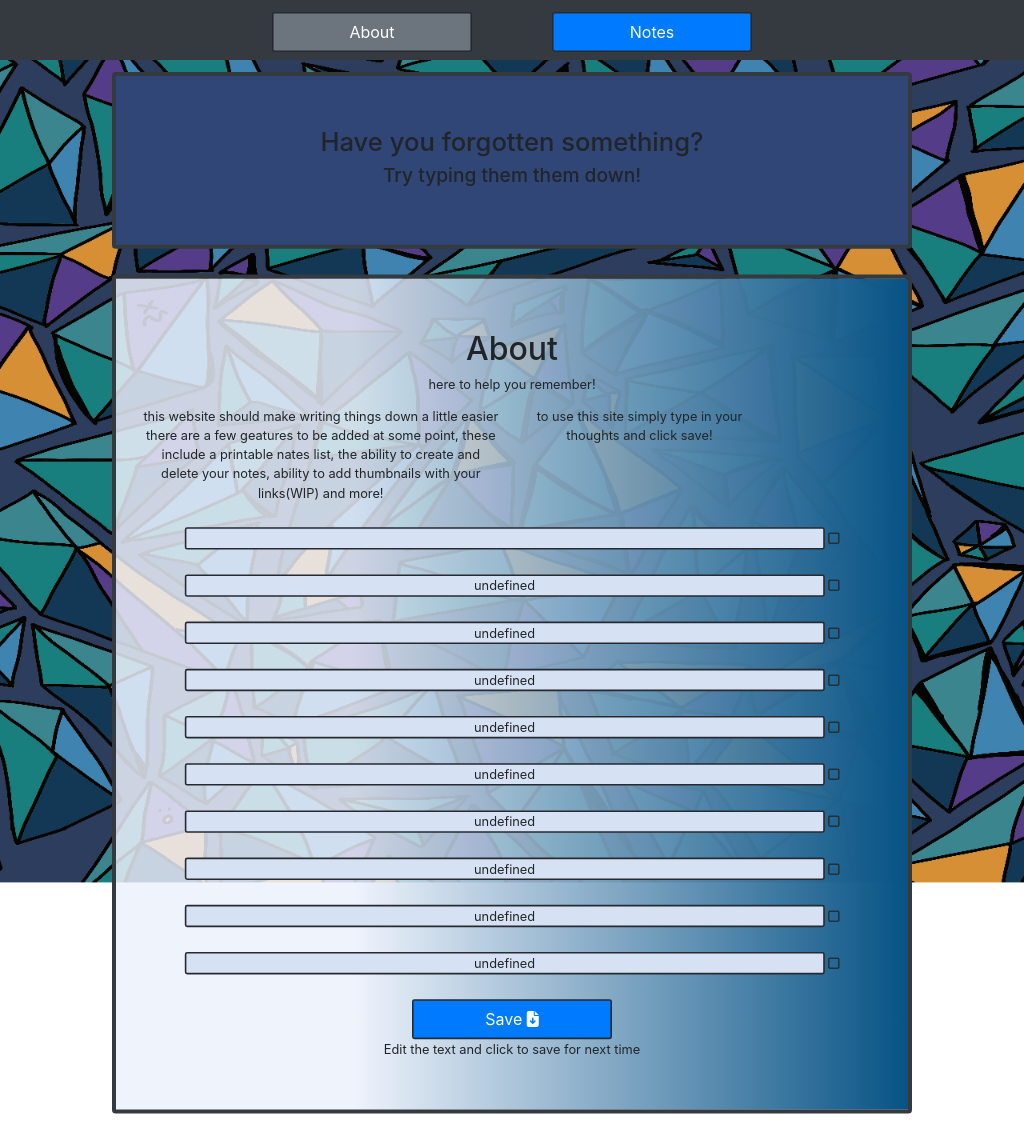
Repository: Kamicoda/Mynote
Page: index.html
The author's editor kept a record of every edit. The page is drawn from the files as they stood at one moment, then again after the next edit.
The browser window is 1280 px wide. The pictures show the whole page, at 80% of full size.
After loading, the first visible `#aboutNav` was clicked once.
Backgrounds fixed to the window are drawn as part of the page. Some web fonts or font styles are not loaded; a fallback is used. Some web libraries are served in a nearby version.

Above is the page before.

After the next edit:
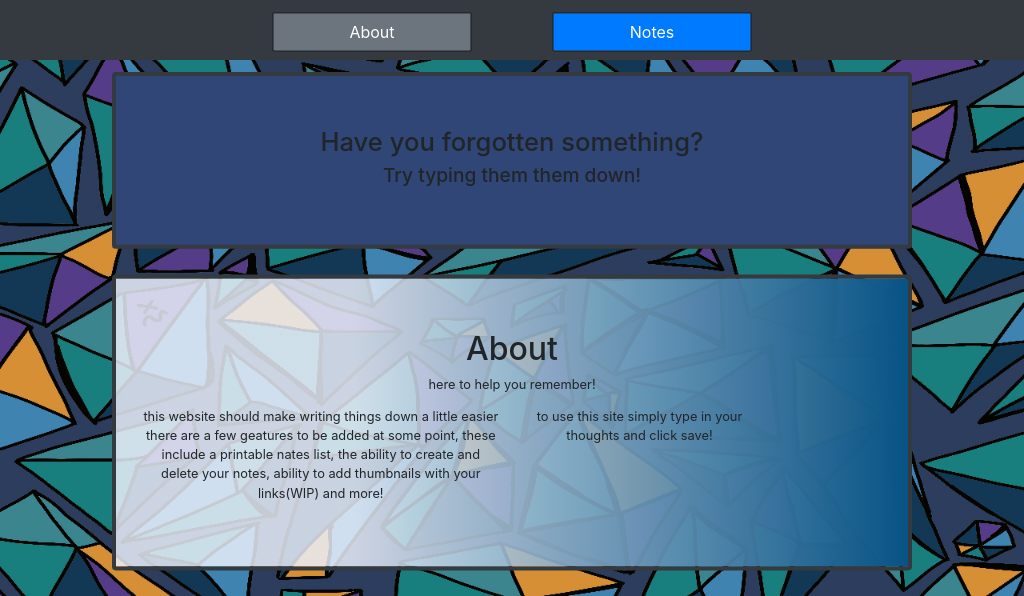
The edit:
--- a/assets/js/script1.js
+++ b/assets/js/script1.js
@@ -15,7 +15,8 @@
     //$('#item2').toggle();
 
     $('#aboutNav').on('click', function() {
-        $('#aboutSec').toggle(1000);
+        $('#aboutSec').show(1000);
+        $('#notesSec').hide(1000);
         $('#headerwelcome').hide();
         $('#headerabout').show();
         $('#headernotes').hide();
